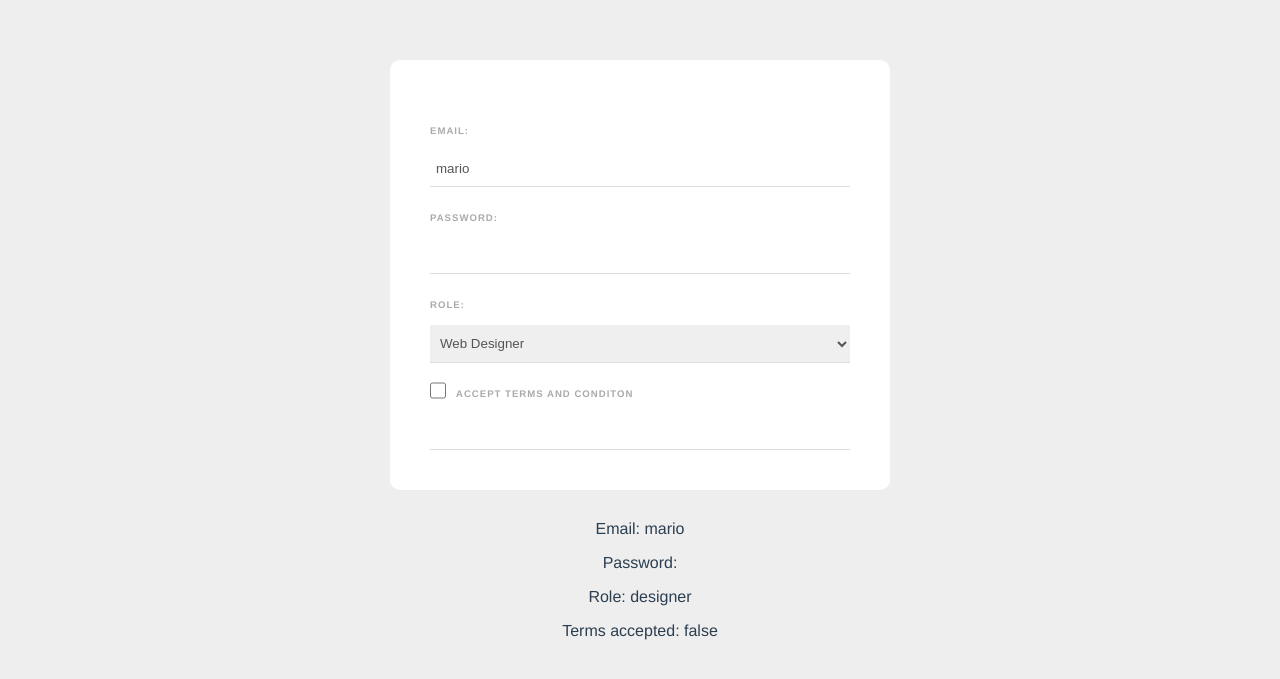
Repository: pin-seavmuy/Vue-Js
Page: /
The author's editor kept a copy of each file at every save. The page is drawn from the files as they stood at one save, then again after the next save.
The browser window is 1280 px wide. The pictures show the whole page.
The project was rebuilt for these pictures with package versions that can differ from the ones it lists, and the page was loaded fresh each time. Also part of the build but not shown: vue.config.js.

Above is the page before, as saved 2023-11-15 23:57:12.

After the next save:
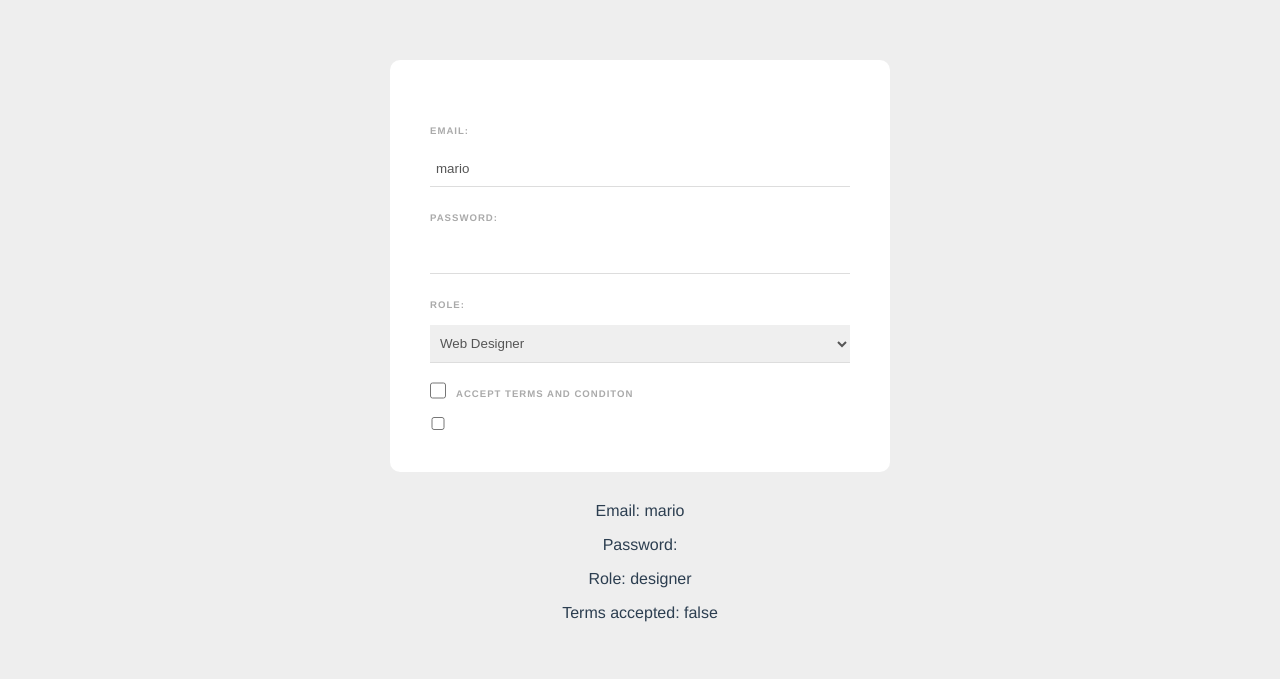
Saved 6 s later.
--- a/src/components/SignupForm.vue
+++ b/src/components/SignupForm.vue
@@ -18,7 +18,7 @@
         </div>
 
         <div>
-            <input type="">
+            <input type="checkbox">
         </div>
   </form>
 
